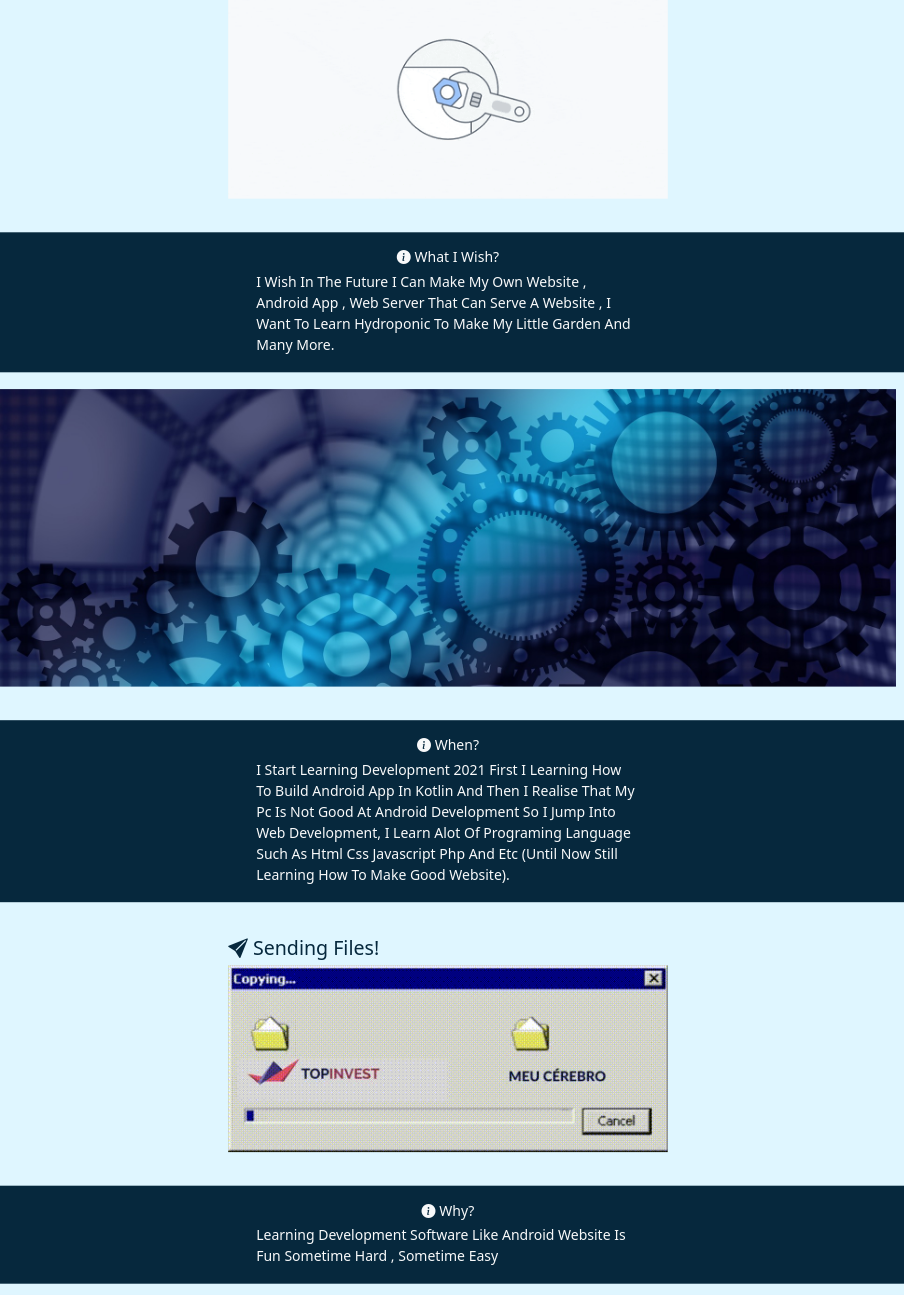
Repository: initer3737/initer3737.github.io
Page: index.html
An editor plug-in stored every save of this project. The page is shown before and after a run of saves, followed by the edit.
The browser window is 1280 px wide. The page is 1292 px wide, so the pictures cover 1292 px, including what lies to the right of the window. The pictures show the part of the page from y = 2407 to 4287 px (the page is 4257 px tall before and 4287 px after), at 70% of full size.
Some web libraries are served in a nearby version.

Above is the page before, as saved 2022-06-12 23:16:22.
Console error: TypeError: Cannot set properties of null (setting 'innerHTML')

After the next 2 saves:
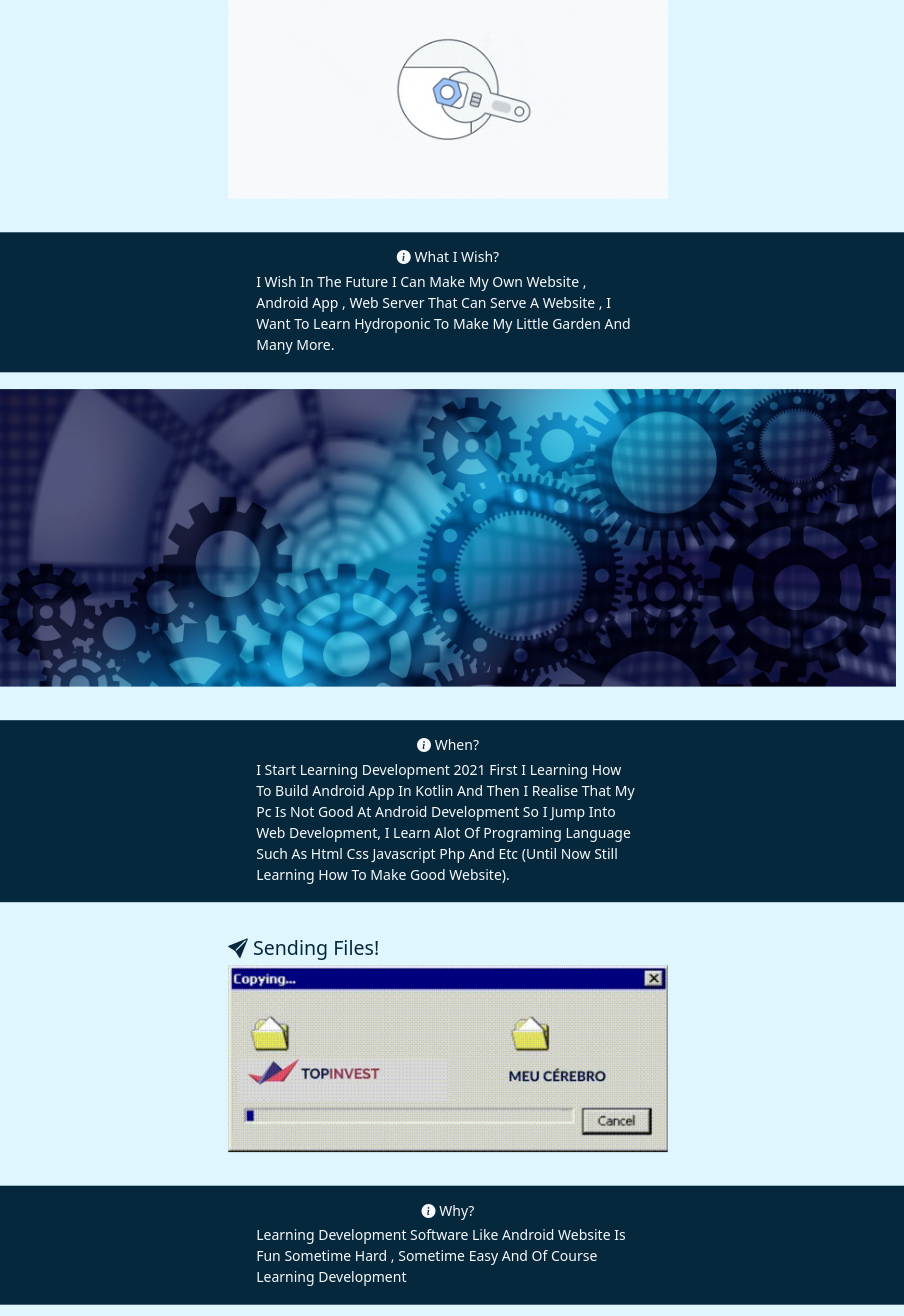
The 2 saves are shown as one change because they came seconds apart.
The last was saved 14 s later.
--- a/index.html
+++ b/index.html
@@ -129,7 +129,7 @@
             <div class="text-center "><h5><i class="bi bi-info-circle-fill"></i> why?</h5></div>
             <div class="text-start fs-5 px-5 col-12 col-md-6  m-auto">
                learning development software like android website is fun
-               sometime hard , sometime easy
+               sometime hard , sometime easy and of course learning development
             </div>
           </div>
        </div>
